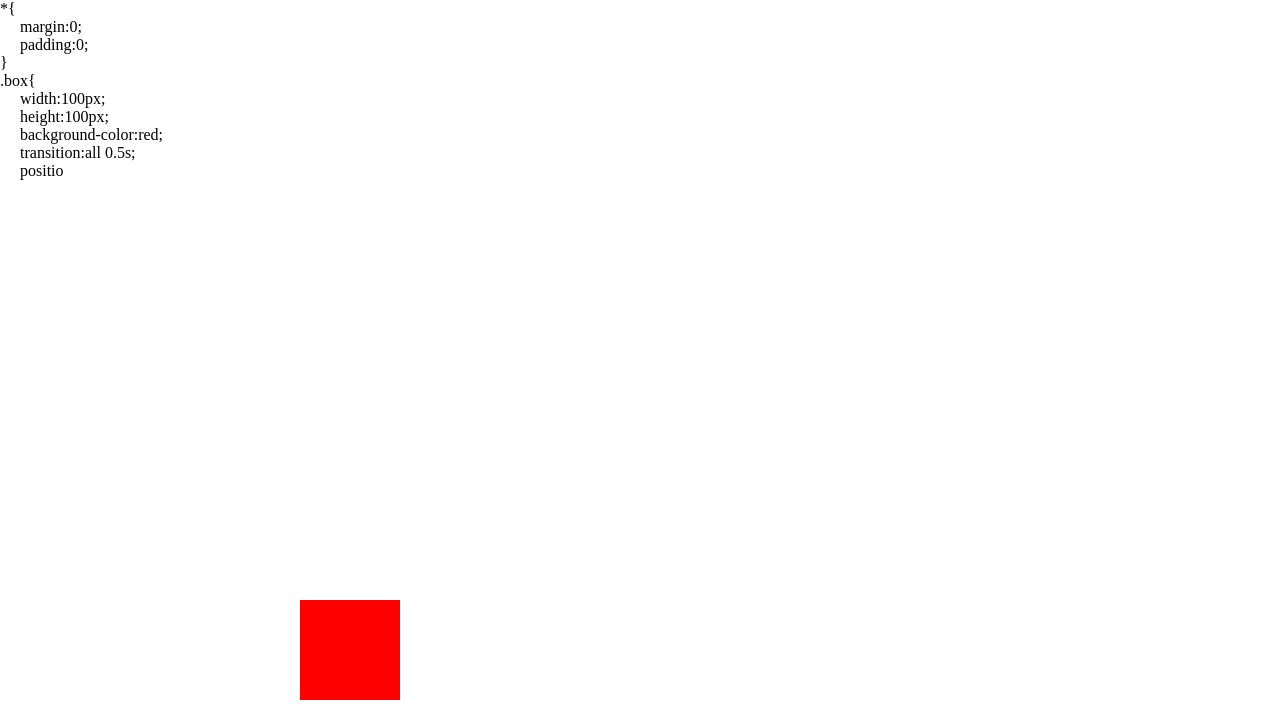
Repository: ScarApocalypse/study
Page: 一些想法/test.html
The author's editor kept a copy of each file at every save. The page is drawn from the files as they stood at one save, then again after the next save.
The browser window is 1280 px wide. The pictures show the whole page.

Above is the page before, as saved 2019-08-02 00:42:34.

After the next save:
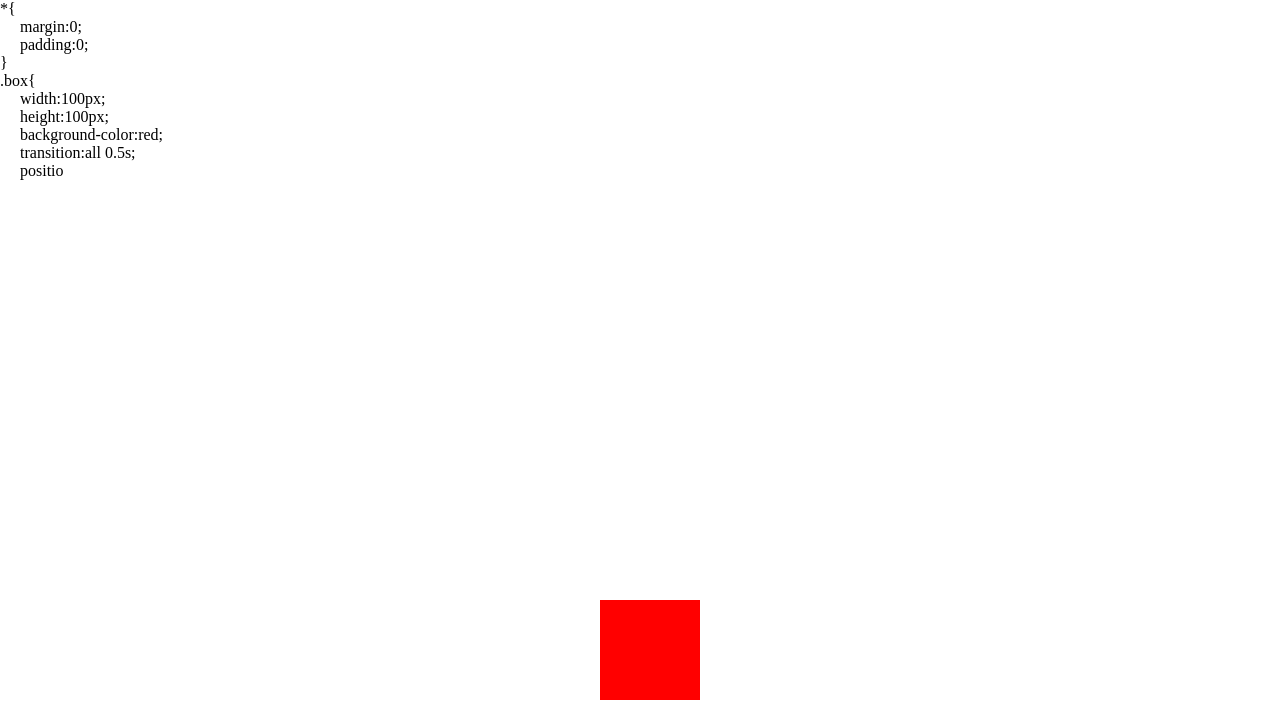
Saved 77 s later.
--- a/一些想法/test.html
+++ b/一些想法/test.html
@@ -9,7 +9,7 @@
     <style>
             .box{
                 position: absolute;
-                left:300px;
+                left:600px;
                 top:600px;
             }
 
@@ -30,7 +30,7 @@
         var style = document.getElementsByTagName('style')[1];
         console.log(style);
         var reg = /[{};]/;
-        var str = '*{margin:0;padding:0;}.box{width:100px;height:100px;background-color:red;transition:all 0.5s;position:absolute;top:400px;top:200px;left:600px;width:400px;}';
+        var str = '*{margin:0;padding:0;}.box{width:100px;height:100px;background-color:red;transition:all 0.5s;position:absolute;top:650px;left:650px;}';
         var styleStr = '';
         var showStr = '';
         // var chat="1";
